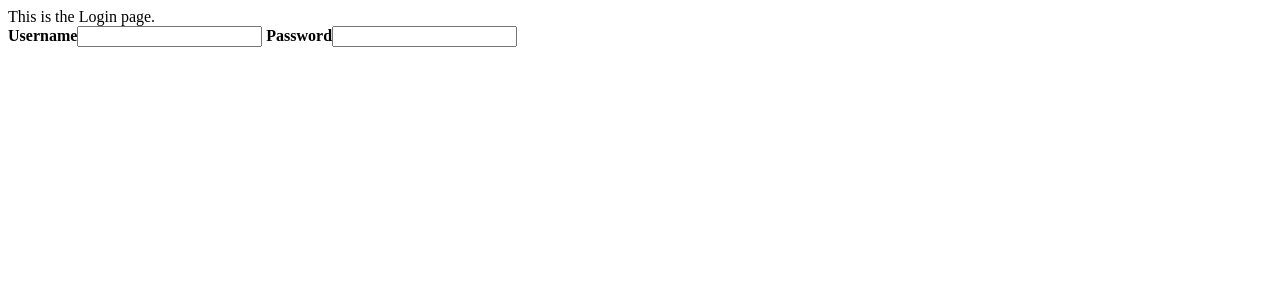
Repository: shivanii10/JavaCoreConcepts
Page: Servlet/src/main/webapp/Index.html
An editor plug-in stored every save of this project. The page is shown before and after the next save, followed by the edit.
The browser window is 1280 px wide. The pictures show the whole page.

Above is the page before, as saved 2022-03-21 09:53:30.

### Servlet/src/main/webapp/Index.html
<!DOCTYPE html>
<html>
<head>
<meta charset="ISO-8859-1">
<title>Home Page</title>
</head>
<body>
This is the Login page.<br>
<b>Username</b><input type="text">
<b>Password</b><input type="password">
</body>
</html>

After the next save:
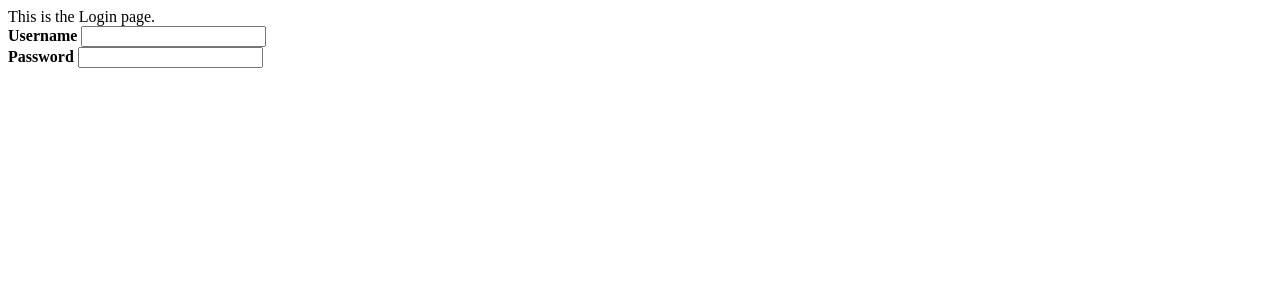
Saved 19 min 49 s later.
--- a/Servlet/src/main/webapp/Index.html
+++ b/Servlet/src/main/webapp/Index.html
@@ -6,7 +6,7 @@
 </head>
 <body>
 This is the Login page.<br>
-<b>Username</b><input type="text">
-<b>Password</b><input type="password">
+<b>Username </b><input type="text"><br>
+<b>Password </b><input type="password">
 </body>
 </html>
